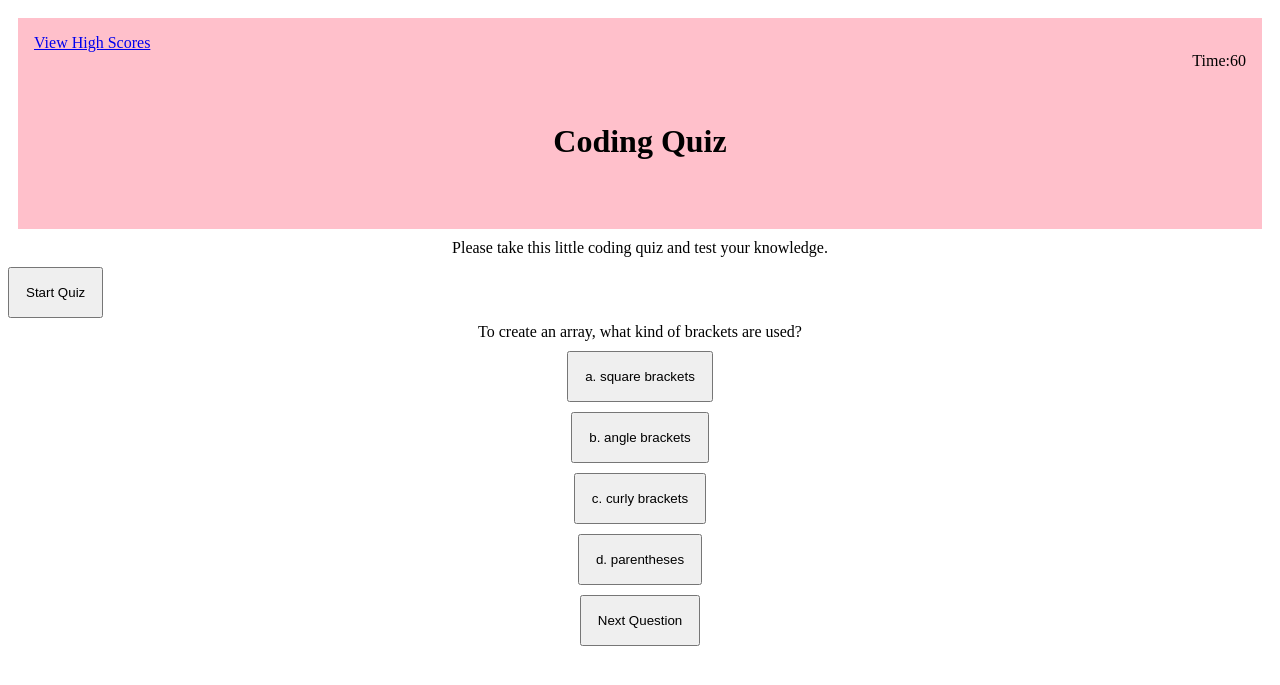
Repository: Naomilounsbury/code-quiz
Page: index.html
The author's editor kept a copy of each file at every save. The page is drawn from the files as they stood at one save, then again after the next save.
The browser window is 1280 px wide. The pictures show the whole page.
After loading, the first visible `button` was clicked once.

Above is the page before, as saved 2021-11-29 09:40:33.

After the next save:
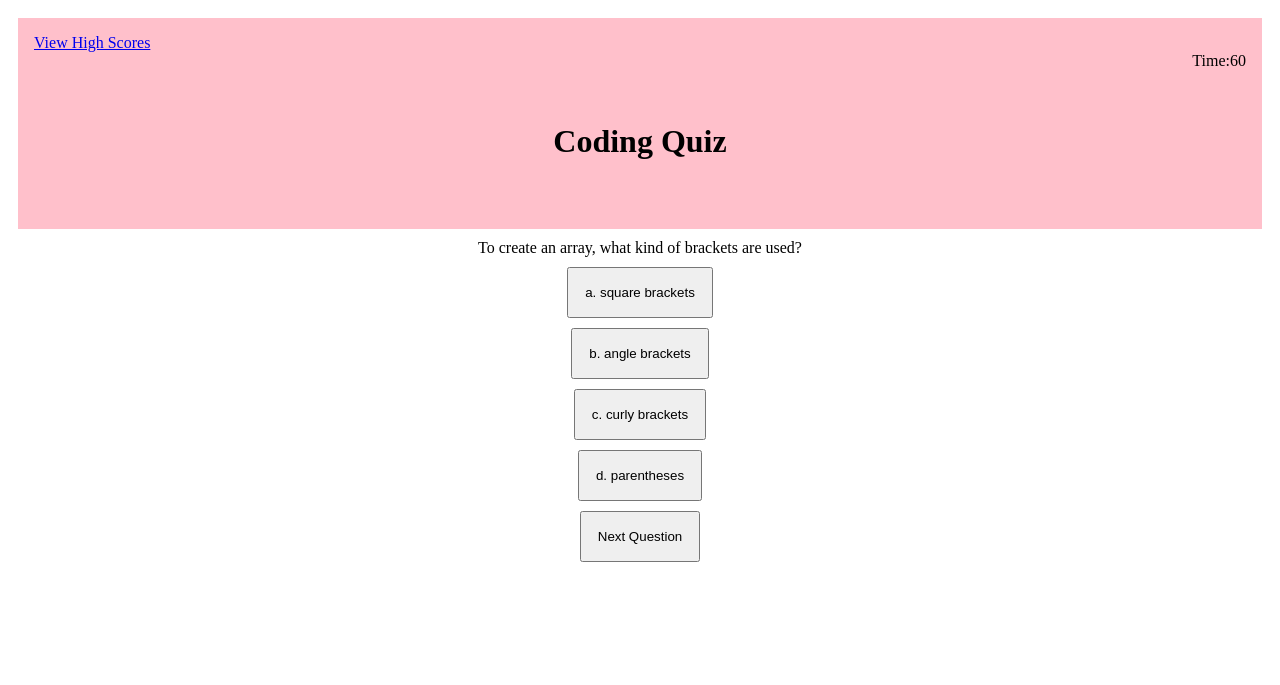
Saved 6 min 18 s later.
--- a/assets/js/script.js
+++ b/assets/js/script.js
@@ -26,6 +26,8 @@ var onStartQuiz = function () {
     questionDivEl.innerText = currentQuestion.question
     //I had to pass in currentQuestions because it wasn't defined inside this function
     createButtons(currentQuestion)
+    var intro = document.querySelector(".intro").remove();
+
 
 }
 
